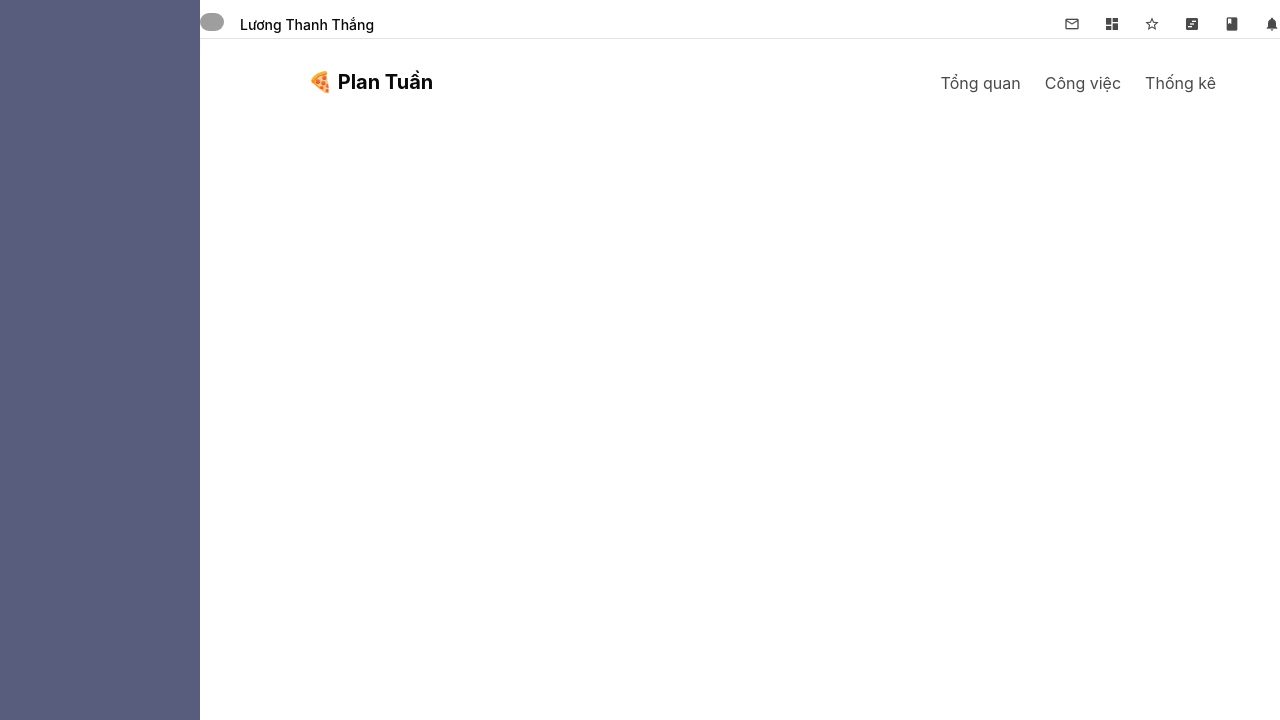
Repository: luongthanhthang/revision-front-end
Page: ke-hoach.html
These files come from the project's save history. The page is drawn as it stood at one moment and after the next save; the edit follows.
The browser window is 1280 px wide. The pictures show the whole page.
Pictures or frames that could not be fetched are drawn as grey boxes. Some web libraries are served in a nearby version.

Above is the page before, as saved 2023-02-11 10:47:18.

After the next save:
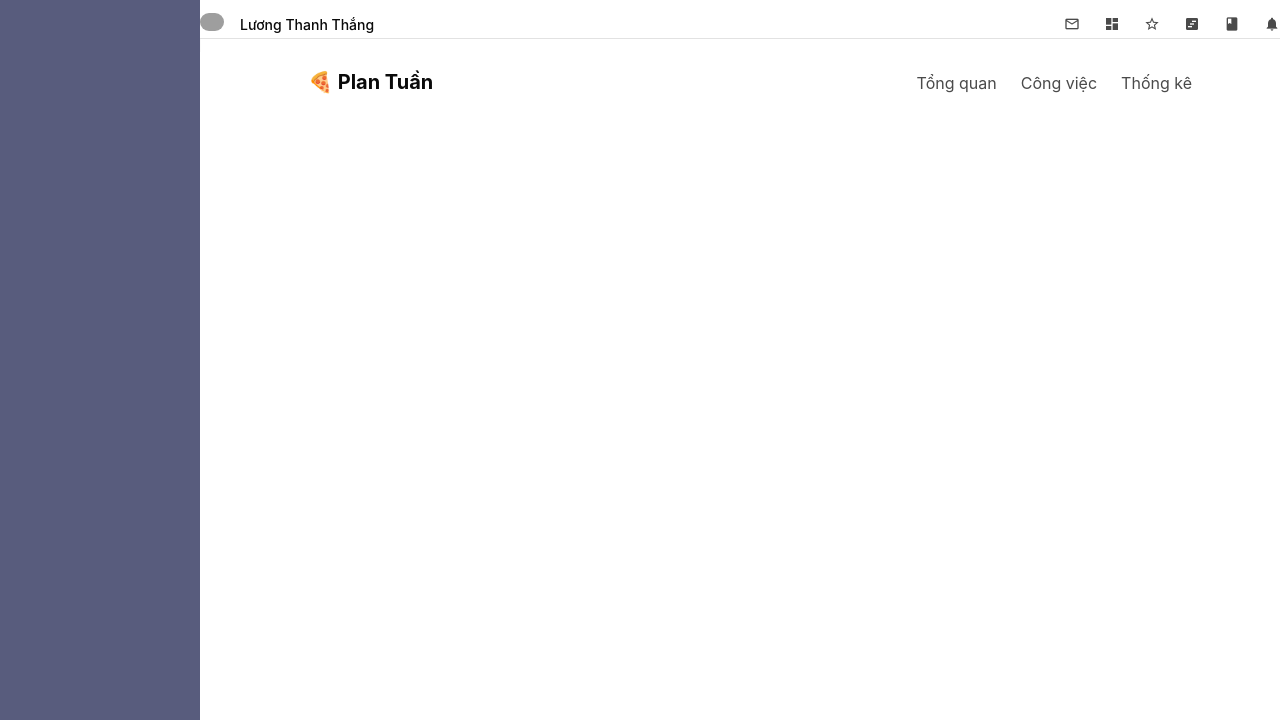
Saved 7 s later.
--- a/ke-hoach.html
+++ b/ke-hoach.html
@@ -94,6 +94,7 @@
                   <li class="column is-narrow">Công việc</li>
                   <li class="column is-narrow">Thống kê</li>
                   <li class="column is-narrow"></li>
+                  <li class="column is-narrow"></li>
                 </ul>
               </div>
             </div>
